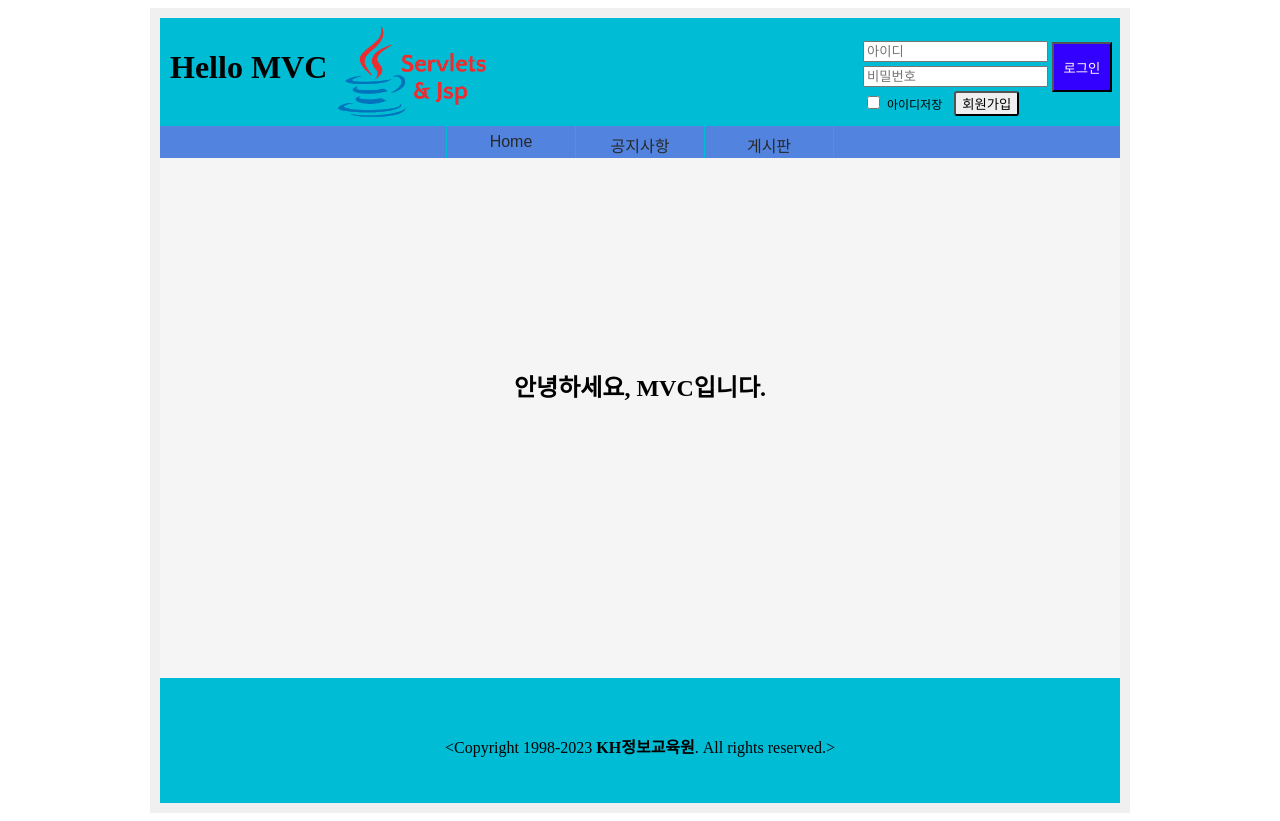
Repository: Sookyeong0505/web_server_workspace
Page: http://localhost/hello-mvc/
These files come from the project's save history. The page is drawn as it stood at one moment and after the next save; the edit follows.
The browser window is 1280 px wide. The pictures show the whole page.
The page is served by Tomcat 9.

Above is the page before, as saved 2023-06-21 07:18:43.
Console error: SyntaxError: Unexpected end of input

After the next save:
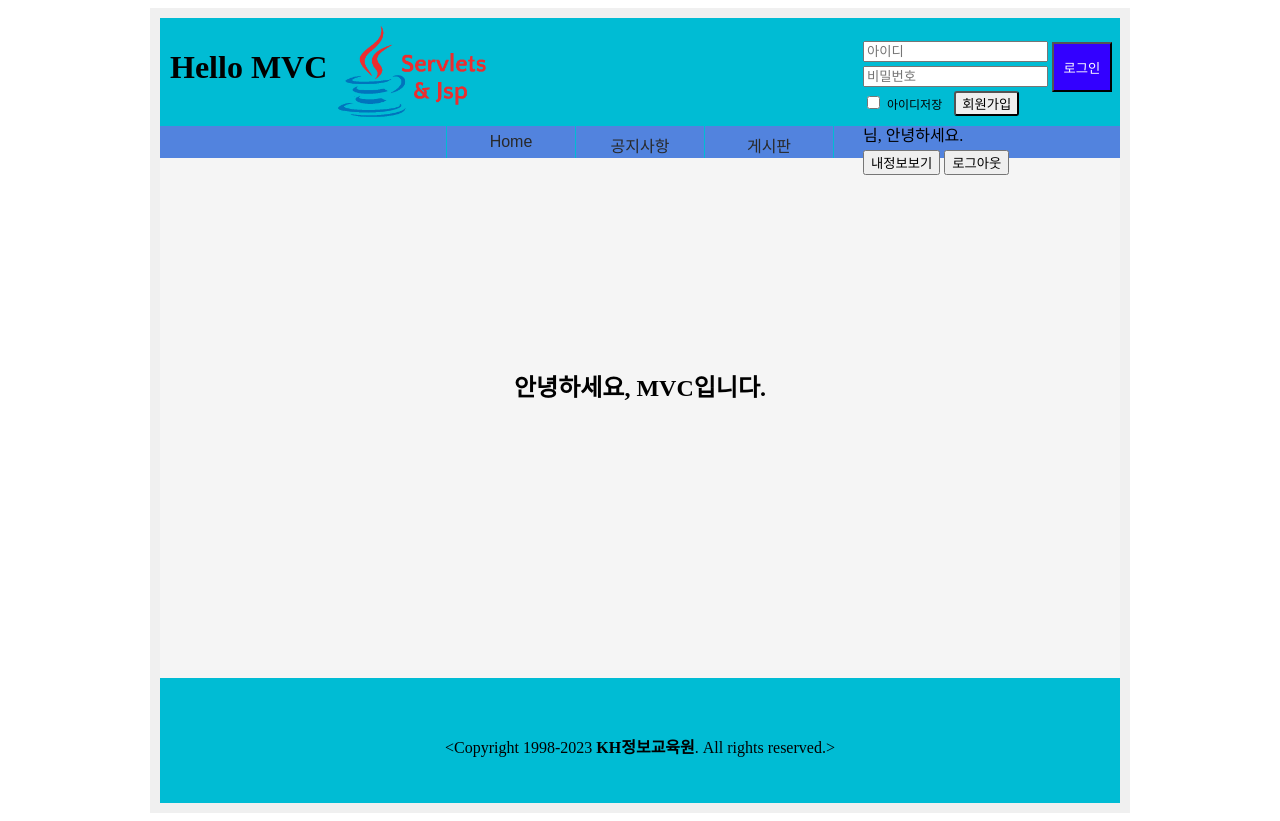
Saved 3 min 4 s later.
--- a/hello-mvc/src/main/webapp/WEB-INF/views/common/header.jsp
+++ b/hello-mvc/src/main/webapp/WEB-INF/views/common/header.jsp
@@ -68,6 +68,22 @@
                     </table>
                 </form>
                 <!-- 로그인폼 끝-->
+
+                <!-- 로그인 사용자 정보 시작 -->
+	            <table id="login">
+		            <tr>
+		                <td>님, 안녕하세요.</td>
+		            </tr>
+		            <tr>
+		                <td>
+		                    <input type="button" value="내정보보기">
+		                    <input type="button" value="로그아웃" >
+		                </td>
+		            </tr>
+		        </table>
+                <!-- 로그인 사용자 정보 끝 -->
+
+
             </div>
 
 
